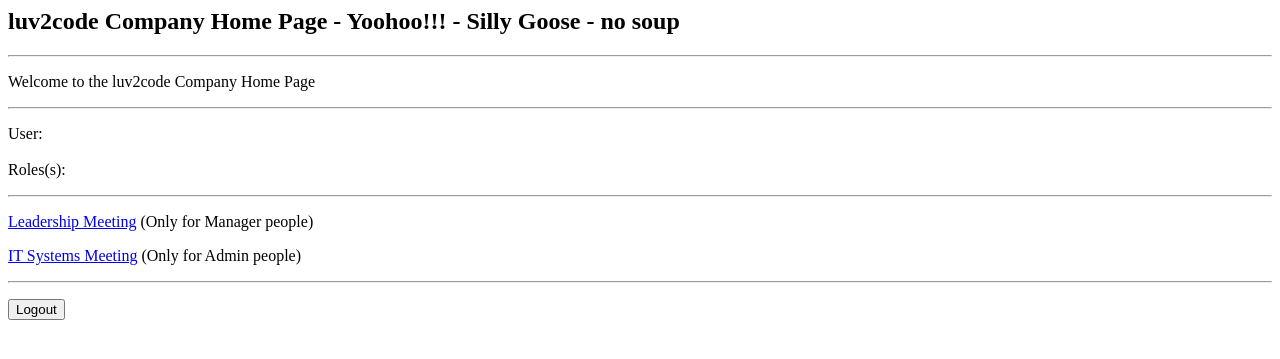
Repository: dchan98/spring-security-demo
Page: http://localhost/spring-security-demo-07-user-roles/WEB-INF/view/home.jsp
The author's editor kept a copy of each file at every save. The page is drawn from the files as they stood at one save, then again after the next save.
The browser window is 1280 px wide. The pictures show the whole page.
The page is served by Tomcat 9. Nobody is signed in. The template is opened directly, without the code that normally fills it, so the values that code supplies are empty.

Above is the page before, as saved 2019-02-08 06:27:01.

After the next save:
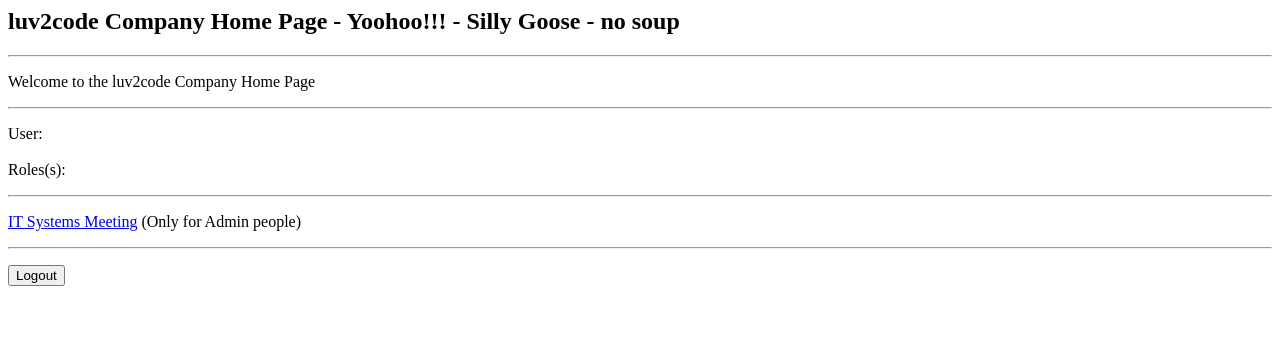
Saved 11 s later.
--- a/spring-security-demo-starter/spring-security-demo-07-user-roles/src/main/webapp/WEB-INF/view/home.jsp
+++ b/spring-security-demo-starter/spring-security-demo-07-user-roles/src/main/webapp/WEB-INF/view/home.jsp
@@ -30,12 +30,13 @@
 	<security:authorize>
 
 
-	</security:authorize>
 	<!-- Add a link to point to /leaders ... this is for managers -->
 	<p>
 		<a href="${pageContext.request.contextPath}/leaders">Leadership Meeting</a>
 		(Only for Manager people)
 	</p>
+	</security:authorize>
+
 
 	<!-- Add a link to point to /systems ... this is for the admins -->
 	<p>
